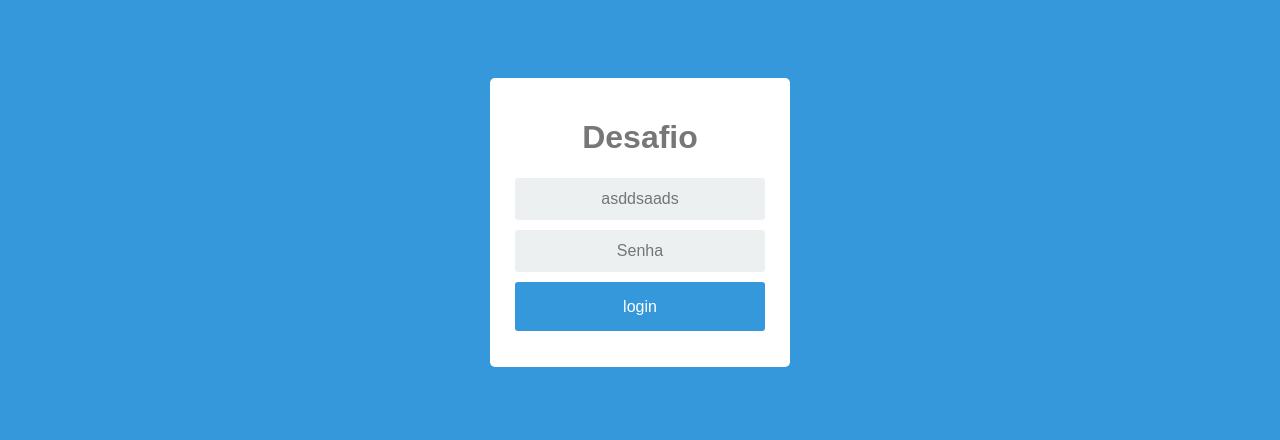
Repository: WagnerMattei/DEsafio
Page: Backend/src/main/webapp/WEB-INF/views/erro.html
The author's editor kept a copy of each file at every save. The page is drawn from the files as they stood at one save, then again after the next save.
The browser window is 1280 px wide. The pictures show the whole page.

Above is the page before, as saved 2017-07-13 16:29:58.

After the next save:
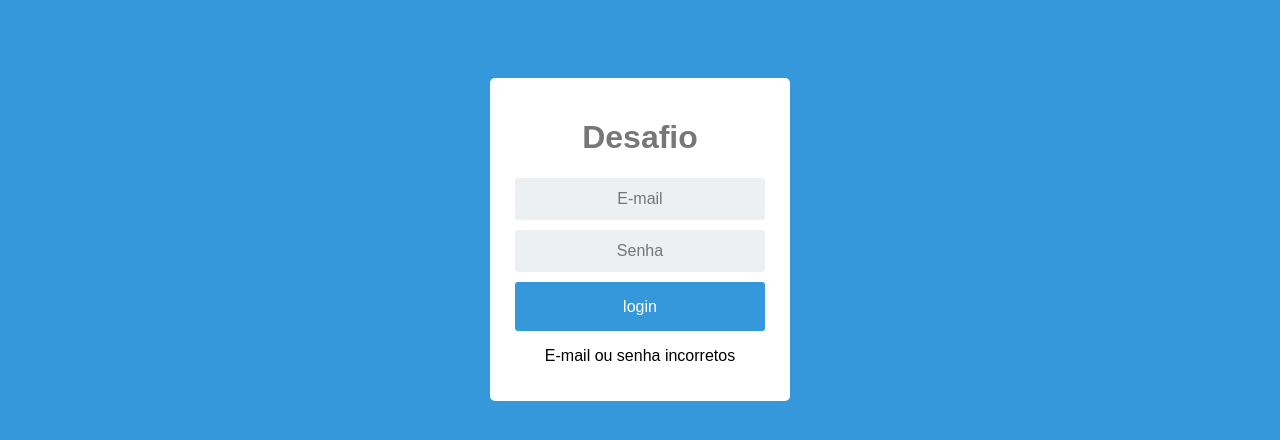
Saved 106 s later.
--- a/Backend/src/main/webapp/WEB-INF/views/erro.html
+++ b/Backend/src/main/webapp/WEB-INF/views/erro.html
@@ -104,7 +104,7 @@ box-shadow: none;
 
 			<div class="login-form">
 				<div class="control-group">
-				<input type="text" class="login-field" name="email"value="" placeholder="asddsaads" id="login-name">
+				<input type="text" class="login-field" name="email"value="" placeholder="E-mail" id="login-name">
 				<label class="login-field-icon fui-user" for="login-name"></label>
 				</div>
 
@@ -114,7 +114,7 @@ box-shadow: none;
 				</div>
 
 				<button type="submit" class="btn btn-primary btn-large btn-block" href="/">login</button>
-				<p>
+				<p>E-mail ou senha incorretos</p>
 			</div>
 		</div>
 	</div>
